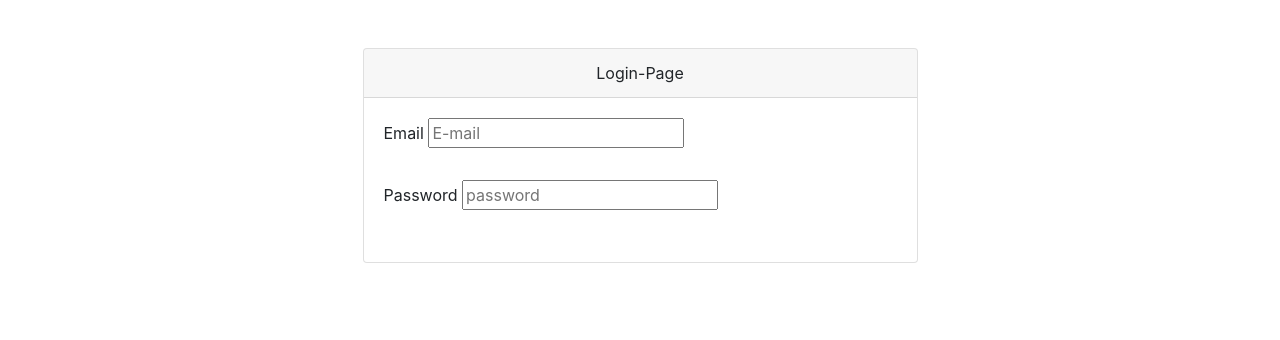
Repository: saivihari07/Advance-Java-Servlets-Jsp-
Page: http://localhost/Project/Login.jsp
An editor plug-in stored every save of this project. The page is shown before and after the next save, followed by the edit.
The browser window is 1280 px wide. The pictures show the whole page.
Some web libraries are served in a nearby version. The page is served by Tomcat 9.

Above is the page before, as saved 2021-12-27 07:32:57.

After the next save:
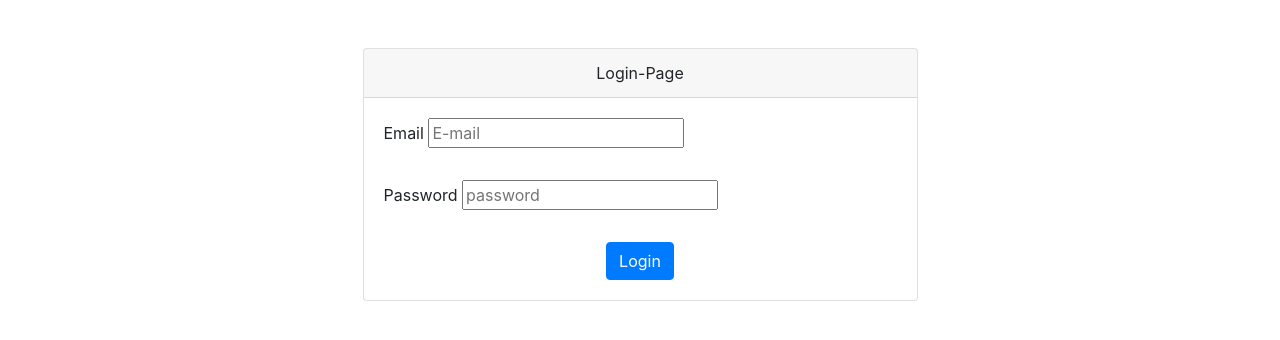
Saved 3 min 56 s later.
--- a/Servlets/Web-Application/Project/WebContent/Login.jsp
+++ b/Servlets/Web-Application/Project/WebContent/Login.jsp
@@ -1,35 +1,36 @@
 <%@ page language="java" contentType="text/html; charset=ISO-8859-1"
-    pageEncoding="ISO-8859-1"%>
+	pageEncoding="ISO-8859-1"%>
 <!DOCTYPE html>
 <html>
 <head>
 <meta charset="ISO-8859-1">
 <title>Login page</title>
-<%@ include file="include/head.jsp" %>
+<%@ include file="include/head.jsp"%>
 </head>
 <body>
-<div class="container">
-<div class="card w-50 mx-auto my-5">
-<div class="card-header text-center">Login-Page</div>
-<div class="card-body">
-<form action="" method="post">
-<div class="form-group">
-<label>Email</label>
-<input type="text" class="form-group" name="Login" placeholder="E-mail" required>
-</div>
+	<div class="container">
+		<div class="card w-50 mx-auto my-5">
+			<div class="card-header text-center">Login-Page</div>
+			<div class="card-body">
+				<form action="" method="post">
+					<div class="form-group">
+						<label>Email</label> <input type="text" class="form-group"
+							name="Login" placeholder="E-mail" required>
+					</div>
 
-<div class="form-group">
-<label>Password</label>
-<input type="text" class="form-group" name="Password" placeholder="password" required>
-</div>
+					<div class="form-group">
+						<label>Password</label> <input type="text" class="form-group"
+							name="Password" placeholder="password" required>
+					</div>
+					<div class="text-center">
+						<button type="submit" class="btn btn-primary">Login</button>
+					</div>
+				</form>
+			</div>
+		</div>
+	</div>
 
-
-</div>
-</div>
-</div>
-</form>
-
-<%@ include file="include/footer.jsp" %>
+	<%@ include file="include/footer.jsp"%>
 
 </body>
 </html>
